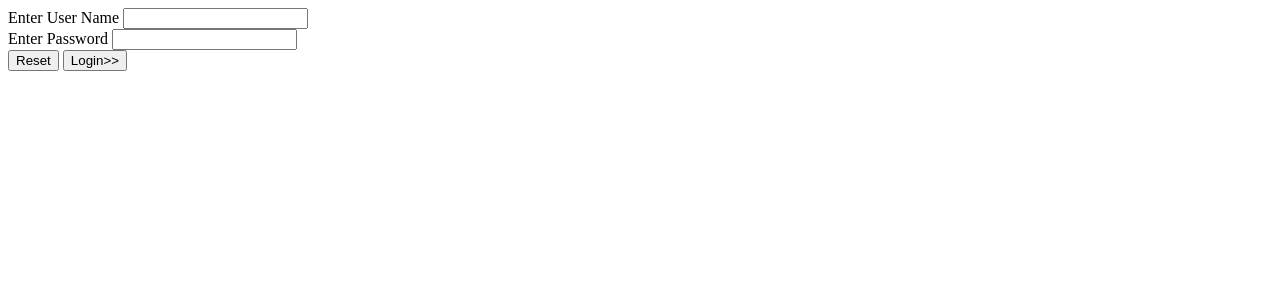
Repository: adithnaveen/SdetBatch3
Page: SDET4/WebWorks/WebContent/login.html
These files come from the project's save history. The page is drawn as it stood at one moment and after the next save; the edit follows.
The browser window is 1280 px wide. The pictures show the whole page.

Above is the page before, as saved 2017-04-03 18:57:32.

### SDET4/WebWorks/WebContent/login.html
<!DOCTYPE html>
<html>
<head>
<meta charset="ISO-8859-1">
<title>Insert title here</title>
</head>
<body>
	<form>
		Enter User Name <input type="text" name="uname" /><br />
		Enter Password <input type="password" name="pass" /> <br />
		<input type="reset" /> <input type="submit" value="Login>>" />
	</form>
</body>
</html>

After the next save:
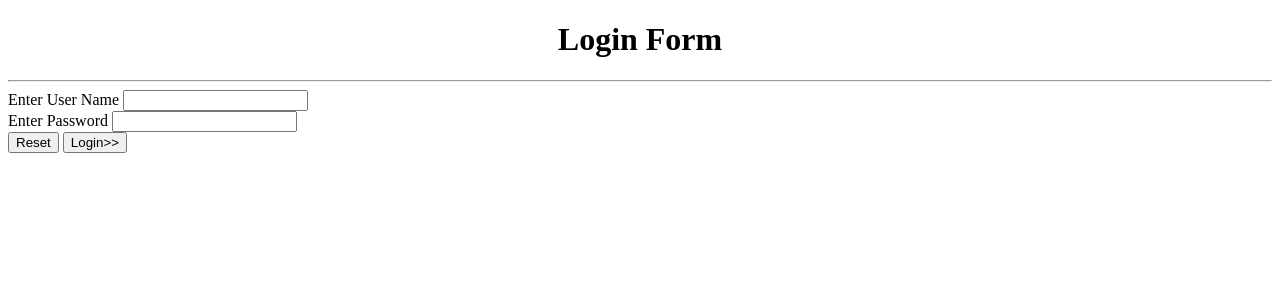
Saved 13 s later.
--- a/SDET4/WebWorks/WebContent/login.html
+++ b/SDET4/WebWorks/WebContent/login.html
@@ -5,6 +5,7 @@
 <title>Insert title here</title>
 </head>
 <body>
+	<h1 align="center">Login Form </h1> <hr />
 	<form>
 		Enter User Name <input type="text" name="uname" /><br />
 		Enter Password <input type="password" name="pass" /> <br />
